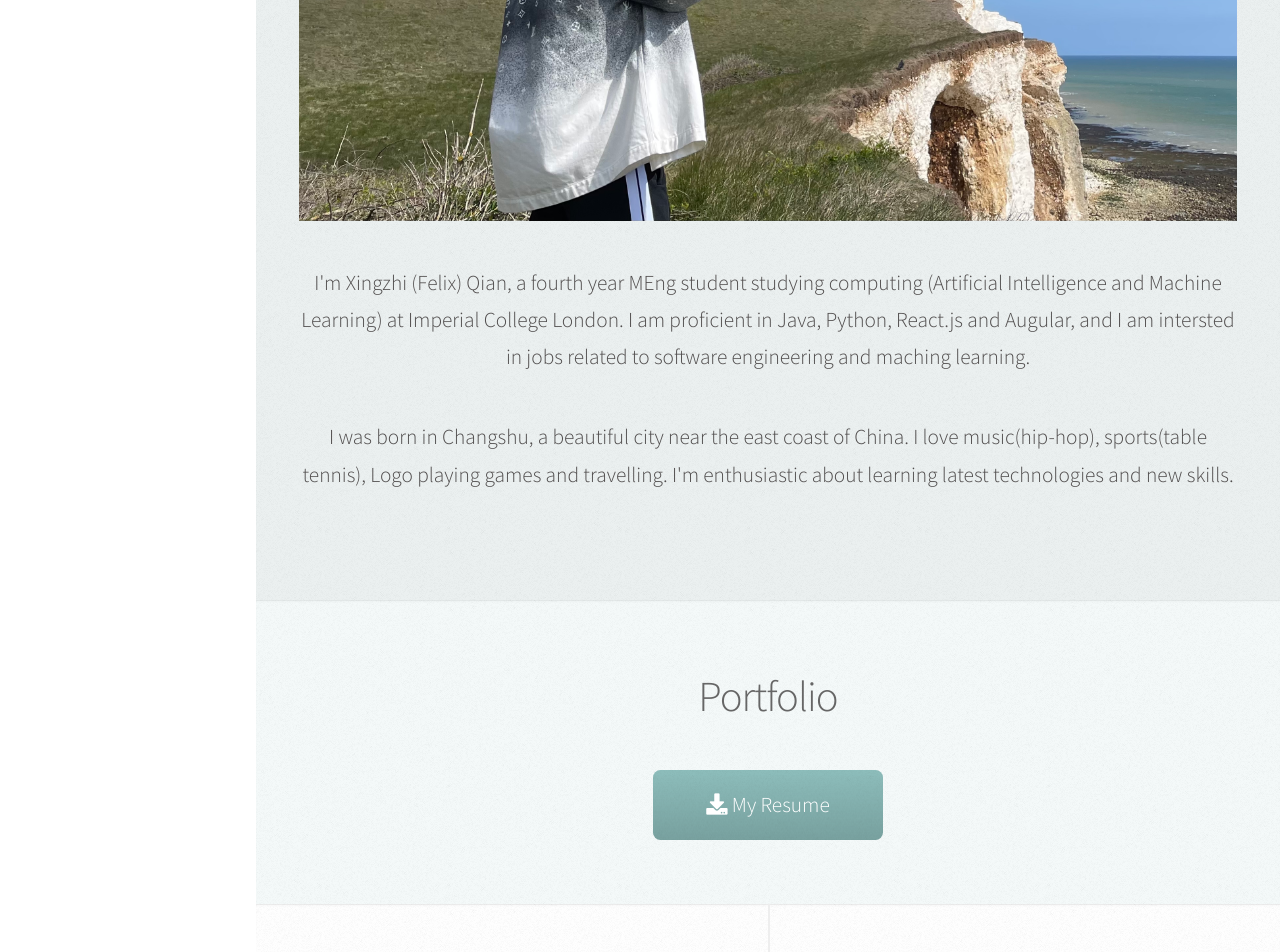
Repository: Felixqxz/Felixqxz.github.io
Page: index.html
The author's editor kept a copy of each file at every save. The page is drawn from the files as they stood at one save, then again after the next save.
The browser window is 1280 px wide. The pictures show the part of the page from y = 1174 to 2126 px (the page is 5760 px tall).

Above is the page before, as saved 2022-08-07 19:57:57.

### index.html
<!DOCTYPE HTML>
<!--
	Prologue by HTML5 UP
	html5up.net | @ajlkn
	Free for personal and commercial use under the CCA 3.0 license (html5up.net/license)
-->
<html>
	<head>
		<title>Felix's Portfolio</title>
		<meta charset="utf-8" />
		<meta name="viewport" content="width=device-width, initial-scale=1, user-scalable=no" />
		<link rel="stylesheet" href="assets/css/main.css" />
	</head>
	<body class="is-preload">

		<!-- Header -->
			<div id="header">

				<div class="top">

					<!-- Logo -->
						<div id="logo">
							<span class="image avatar48"><img src="images/avatar.jpg" alt="" /></span>
							<h1 id="title">Xingzhi Qian</h1>
							<p>Imperial College London</p>
						</div>

					<!-- Nav -->
						<nav id="nav">
							<ul>
								<li><a href="#top" id="top-link"><span class="icon solid fa-home">Intro</span></a></li>
								<li><a href="#about" id="about-link"><span class="icon solid fa-user">About Me</span></a></li>
								<li><a href="#portfolio" id="portfolio-link"><span class="icon solid fa-th">Portfolio</span></a></li>
								<!-- <li><a href="#contact" id="contact-link"><span class="icon solid fa-envelope">Contact</span></a></li> -->
							</ul>
						</nav>

				</div>

				<div class="bottom">

					<!-- Social Icons -->
						<ul class="icons">
							<li><a href="https://github.com/Felixqxz" class="icon brands fa-github"><span class="label">Github</span></a></li>
							<li><a href="https://www.linkedin.com/in/felixqian" class="icon brands fa-linkedin"><span class="label">LinkedIn</span></a></li>
							<li><a href="mailto: felixqianxz@gmail.com" class="icon solid fa-envelope"><span class="label">Email</span></a></li>
							<li><a href="https://www.instagram.com/felix_qxz" class="icon brands fa-instagram"><span class="label">Instagram</span></a></li>
						</ul>

				</div>

			</div>

		<!-- Main -->
			<div id="main">

				<!-- Intro -->
					<section id="top" class="one dark cover">
						<div class="container">

							<header>
								<h2 class="alt"> <strong> Hi! I'm Xingzhi (Felix), </strong></h2>
								<h2><strong>a fourth year MEng Computing student at</strong></h2>
								<h2><strong>Imperial College London</strong></h2>
							</header>

							<footer>
								<a href="#about" class="button scrolly">Explore more</a>
							</footer>

						</div>
					</section>


					<!-- About Me -->
					<section id="about" class="three">
						<div class="container">

							<header>
								<h2>About Me</h2>
							</header>

							<a href="#" class="image featured"><img src="images/photo.jpeg" alt="" /></a>

							<p>I'm Xingzhi (Felix) Qian, a fourth year MEng student studying computing (Artificial Intelligence and Machine Learning)
								at Imperial College London. I am proficient in Java, Python, React.js and Augular, and I am intersted in jobs related to software engineering
							and maching learning. </p>
							<p>I was born in Changshu, a beautiful city near the east coast of China. I love music(hip-hop), sports(table tennis), Logo
								 playing games and travelling.
								I'm enthusiastic about learning latest technologies and new skills.
							</p>

						</div>
					</section>

					<!-- Portfolio -->
					<section id="portfolio" class="two">
						<div class="container">

							<header>
								<h2>Portfolio</h2>
							</header>

							<a href="assets/CV.pdf" class="button" target="_blank"><i class="fa fa-download"></i>  My Resume</a>

						</div>
					</section>

					<section class="posts">
						<article>
							<header>
								<span class="date">June 2022 - Aug 2022</span>
								<h2>EverBest Shop<br />
								Web App</a></h2>
							</header>
							<img src="images/E-Commerce.jpg" width="325" height="200" alt="" /><br><br>
							<p>Built up an e-commerce website with Angular front-end with keywords filtering,
								complete checkout forms and ensuring web security using JWT, OAuth2. Implemented the credit card payments using Stripe API.
								Developed Spring Boot back-end using REST APIs and connectted with MySQL database.
							</p>
							<a href="https://github.com/Felixqxz/e-commerce" class="icon brands fa-github" style="font-size:36px"><span class="label">Github</span></a>
						</article>
						<article>
							<header>
								<span class="date">Sept 2021 - Dec 2021</span>
								<h2>Butterfly<br />
								Annotator</a></h2>
							</header>
							<img src="images/butterfly.jpg" width="325" height="200" alt="" /><br><br>
							<p>Collaborated in team of 6 online to create GUI for annotating terms in butterfly descriptions to regions in butterfly images.
							Implemented front-end using Vue.js with bootstrap, enabling user draw polygons on canvas to manually select regions.
							Used Flask and SQLite at back-end and designed the functionality that can automatically generate possible
							keywords and set different permissions (admin, viewer, editor).
							</p>
							<a href="https://github.com/Felixqxz/butterfly-annotator" class="icon brands fa-github" style="font-size:36px"><span class="label">Github</span></a>
						</article>
						<article>
							<header>
								<span class="date">June 2021 - July 2021</span>
								<h2>Personal<br />
								Blog</h2>
							</header>
							<img src="images/personal-blog.jpeg"  width="325" height="200" alt="" /><br><br>
							<p>Created and built up the personal blog that enables different users to add their own blogs with Markdown format.
								Implemented front-end using Vue with element-UI, and back-end using Spring boot with MySQL. Used JWT (JSON Web Tokens) to ensure
								security between front-end and back-end.
							</p><br><br>
							<a href="https://github.com/Felixqxz/blog" class="icon brands fa-github" style="font-size:36px"><span class="label">Github</span></a>
						</article>
						<article>
							<header>
								<span class="date">May 2021</span>
								<h2>Online Platform for<br />
									 Chinese Students at Imperial</h2>
							</header>
							<img src="images/ios.jpg" width="250" height="350" alt="" /><br><br>
							<p>Built up a mobile app that provides a platform for Chinese students at Imperial College to post problem that they would like to ask or share.
								Interviewed a few Chinese students in different years at Imperial and improved the software based on their feedback during the project iterations.
								Implemented using Swift for both front-end and back-end with Firebase as cloud-based NoSQL database.

							</p><br><br>
							<a href="https://github.com/Felixqxz/drp" class="icon brands fa-github" style="font-size:36px"><span class="label">Github</span></a>
						</article>
						<article>
							<header>
								<span class="date">Oct 2020 - Dec 2020</span>
								<h2>WACC<br />
								Compiler</h2>
							</header>
							<img src="images/wacc.png" width="325" height="200" alt="" /><br><br>
							<p>Worked in team of 4 online to build up Wacc compiler that generates assembly code using Java. Wacc is a simple language for educational purposes.
								Generated the language parser and constructed abstract syntax tree using ANTLR tool.
								Allowed for syntax and semantic checking of inputs and generate error messages according to both syntax and semantic error.


							</p><br><br>
							<a href="https://github.com/Felixqxz/Wacc" class="icon brands fa-github" style="font-size:36px"><span class="label">Github</span></a>
						</article>
						<article>
							<header>
								<span class="date">June 2018 - July 2018</span>
								<h2>Cataracts Classification<br /> Using SqueezeNet</h2>
							</header>
							<img src="images/cataracts.jpeg" width="325" height="200" alt="" /><br><br>
							<p>Used SqueezeNet, a deep neural network with few parameters, on cataracts classification that can help
								ophthalmologists diagnose different types of cataracts with images, achieving accuracy on test data at 96.1%.
								Generated and applied data augmentation to preprocess data for labeled datasets, and trained model with
								transfer learning using Keras and TensorFlow.
								Came up with the idea from volunteering in ophthalmology department and finding it took ophthalmologists
								time to diagnose different types of cataracts.


							</p>
							<a href="https://github.com/Felixqxz/cataracts-classification" class="icon brands fa-github" style="font-size:36px"><span class="label">Github</span></a>
						</article>
					</section>



				<!-- Contact -->
					<!-- <section id="contact" class="four">
						<div class="container">

							<header>
								<h2>Contact</h2>
							</header>

							<p>Elementum sem parturient nulla quam placerat viverra
							mauris non cum elit tempus ullamcorper dolor. Libero rutrum ut lacinia
							donec curae mus. Eleifend id porttitor ac ultricies lobortis sem nunc
							orci ridiculus faucibus a consectetur. Porttitor curae mauris urna mi dolor.</p>

							<form method="post" action="#">
								<div class="row">
									<div class="col-6 col-12-mobile"><input type="text" name="name" placeholder="Name" /></div>
									<div class="col-6 col-12-mobile"><input type="text" name="email" placeholder="Email" /></div>
									<div class="col-12">
										<textarea name="message" placeholder="Message"></textarea>
									</div>
									<div class="col-12">
										<input type="submit" value="Send Message" />
									</div>
								</div>
							</form>

						</div>
					</section> -->

			</div>

		<!-- Footer -->
			<div id="footer">

				<!-- Copyright -->
					<ul class="copyright">
						<li>&copy; Copyright © 2022 Xingzhi Qian All Rights Reserved.</li><br>
						<li>&copy; Created by Xingzhi Qian </li>
					</ul>

			</div>

		<!-- Scripts -->
			<script src="assets/js/jquery.min.js"></script>
			<script src="assets/js/jquery.scrolly.min.js"></script>
			<script src="assets/js/jquery.scrollex.min.js"></script>
			<script src="assets/js/browser.min.js"></script>
			<script src="assets/js/breakpoints.min.js"></script>
			<script src="assets/js/util.js"></script>
			<script src="assets/js/main.js"></script>

	</body>
</html>

Loaded but not shown: assets/css/fontawesome-all.min.css (library); assets/js/jquery.min.js (library); assets/js/jquery.scrolly.min.js (common file); assets/js/jquery.scrollex.min.js (common file); assets/js/browser.min.js (common file); assets/js/breakpoints.min.js (common file); assets/js/util.js (587 lines, source omitted); assets/js/main.js (123 lines, source omitted); assets/css/main.css (2800 lines, source omitted)

After the next save:
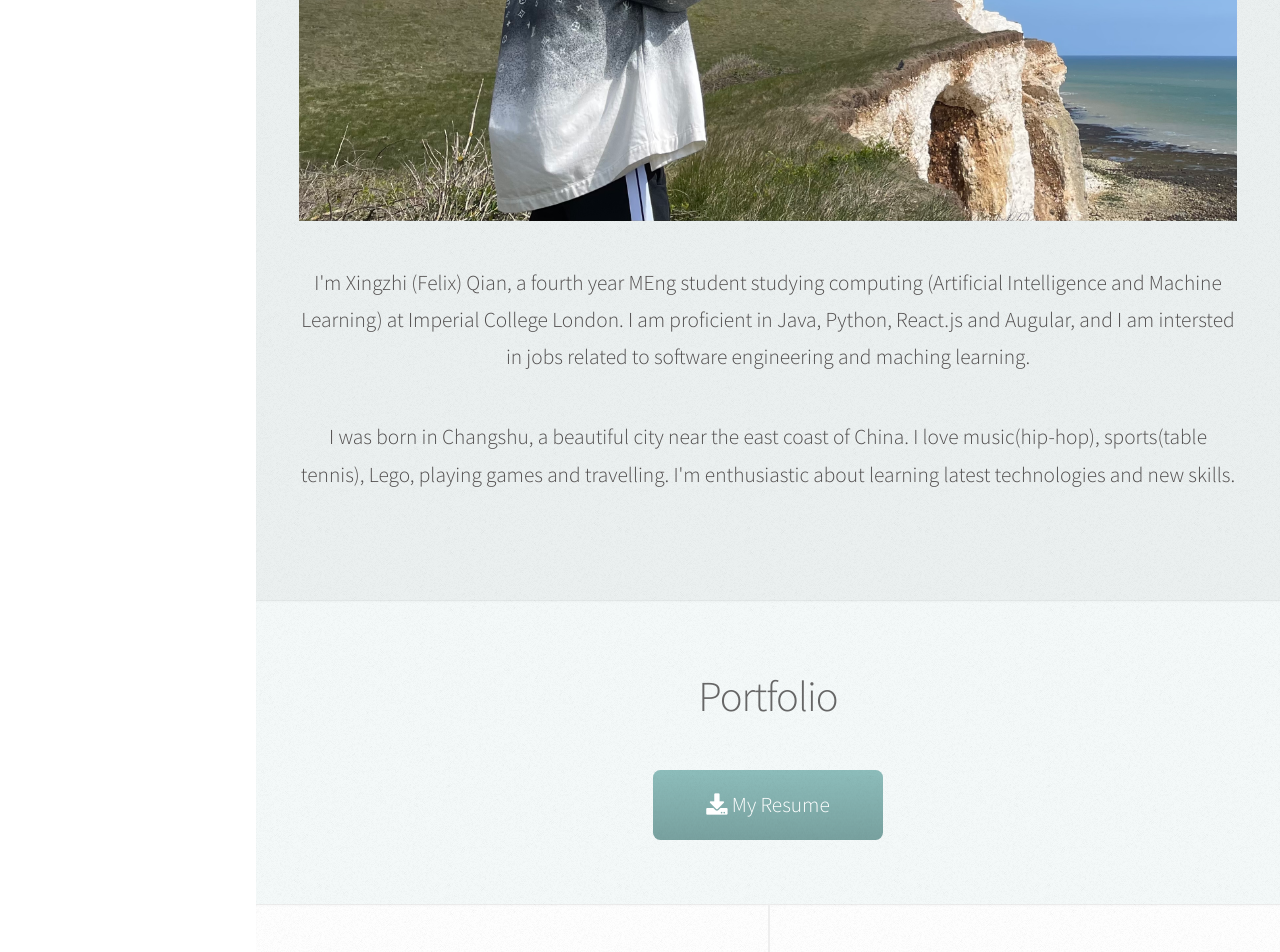
Saved 4 s later.
--- a/index.html
+++ b/index.html
@@ -85,7 +85,7 @@
 							<p>I'm Xingzhi (Felix) Qian, a fourth year MEng student studying computing (Artificial Intelligence and Machine Learning)
 								at Imperial College London. I am proficient in Java, Python, React.js and Augular, and I am intersted in jobs related to software engineering
 							and maching learning. </p>
-							<p>I was born in Changshu, a beautiful city near the east coast of China. I love music(hip-hop), sports(table tennis), Logo
+							<p>I was born in Changshu, a beautiful city near the east coast of China. I love music(hip-hop), sports(table tennis), Lego,
 								 playing games and travelling.
 								I'm enthusiastic about learning latest technologies and new skills.
 							</p>
